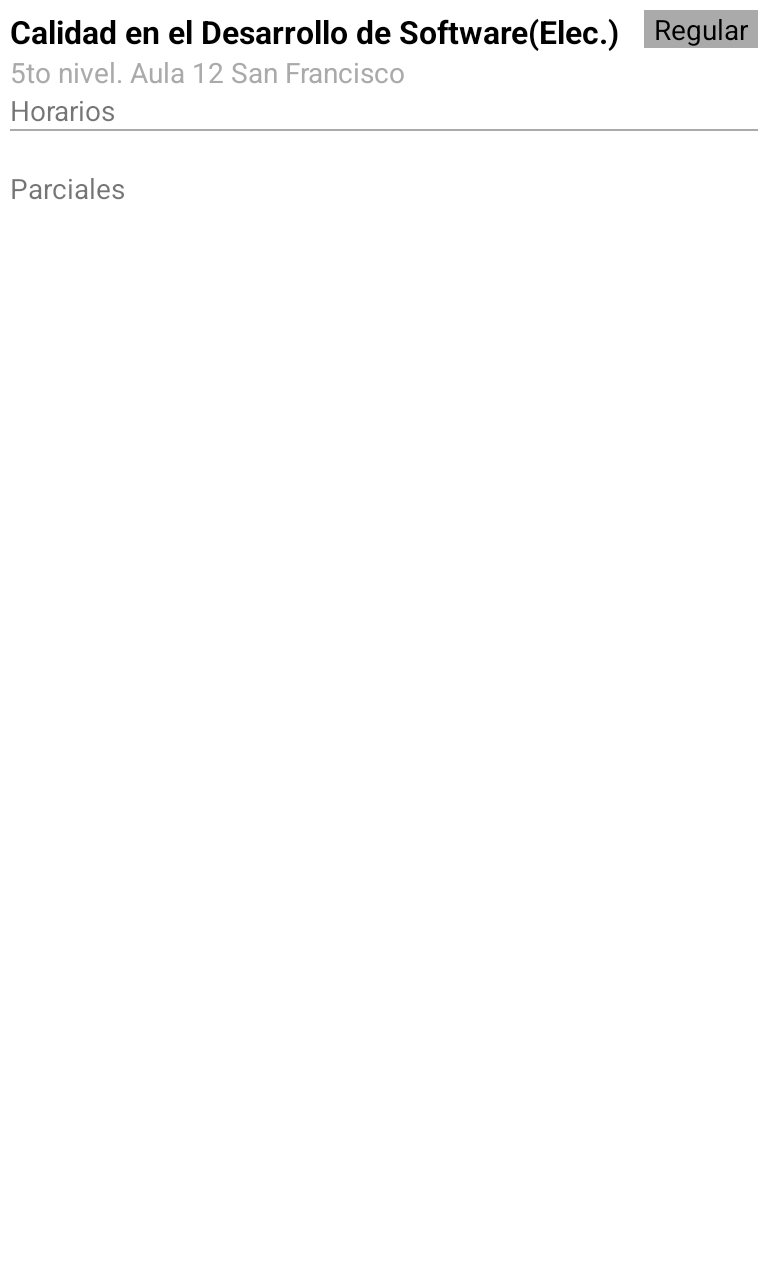
Repository: juanpablobono/Sysacadalumnos
Layout: Sysacad/res/layout/lst_cursado_item.xml
The author's editor kept a copy of each file at every save. The layout is drawn from the files as they stood at one save, then again after the next save.
It is drawn on a 768 x 1280 px phone screen (xhdpi) without system bars, with theme temaSysacad; the app's code is not run.

Above is the layout before, as saved 2014-07-07 13:45:47.

### Sysacad/res/layout/lst_cursado_item.xml
<?xml version="1.0" encoding="utf-8"?>
<RelativeLayout xmlns:android="http://schemas.android.com/apk/res/android"
    android:layout_width="match_parent"
    android:layout_height="match_parent"
    android:background="@android:color/background_light"
    android:padding="5dp">

    <TextView
        android:id="@+id/lblNombreMateria"
        android:layout_width="wrap_content"
        android:layout_height="wrap_content"
        android:layout_alignParentLeft="true"
        android:layout_alignParentTop="true"
        android:text="Calidad en el Desarrollo de Software(Elec.)"
        android:layout_toLeftOf="@+id/lblCondicion"
        android:layout_marginRight="5dp"
        android:textSize="16sp"
        android:textStyle="bold"
        android:textColor="@android:color/black"
        android:maxLines="1"/>

    <TextView
        android:id="@+id/lblCondicion"
        android:layout_width="wrap_content"
        android:layout_height="wrap_content"
        android:layout_alignParentRight="true"
        android:layout_alignParentTop="true"
        android:background="@android:color/darker_gray"
        android:text="Regular"
        android:textColor="@android:color/black"
        android:paddingLeft="5dp"
        android:paddingRight="5dp"/>

    <TextView
        android:id="@+id/lblNivel"
        android:layout_width="wrap_content"
        android:layout_height="wrap_content"
        android:layout_alignParentLeft="true"
        android:layout_below="@+id/lblNombreMateria"
        android:textColor="@android:color/darker_gray"
        android:text="5to nivel. " />

    <TextView
        android:id="@+id/lblForAula"
        android:layout_width="wrap_content"
        android:layout_height="wrap_content"
        android:layout_toRightOf="@+id/lblNivel"
        android:textColor="@android:color/darker_gray"
        android:layout_below="@+id/lblNombreMateria"
        android:text="Aula " />

    <TextView
        android:id="@+id/lblAula"
        android:layout_width="wrap_content"
        android:layout_height="wrap_content"
        android:layout_toRightOf="@+id/lblForAula"
        android:layout_below="@+id/lblNombreMateria"
        android:textColor="@android:color/darker_gray"
        android:text="12 San Francisco" />

    <TextView
        android:id="@+id/lblForHorarios"
        android:layout_width="wrap_content"
        android:layout_height="wrap_content"
        android:layout_alignParentLeft="true"
        android:layout_below="@+id/lblNivel"
        android:text="Horarios " />

    <View
        android:id="@+id/viewSeparadorHorarios"
        android:layout_width="match_parent"
        android:layout_height="1dp"
        android:background="@android:color/darker_gray"
        android:layout_below="@+id/lblForHorarios"
        android:padding="5dp"/>

    <TextView
        android:id="@+id/lblHorarios"
        android:layout_width="wrap_content"
        android:layout_height="wrap_content"
        android:layout_below="@+id/viewSeparadorHorarios"
        android:text="" />

    <TextView
        android:id="@+id/lblForParciales"
        android:layout_width="wrap_content"
        android:layout_height="wrap_content"
        android:layout_alignParentLeft="true"
        android:layout_below="@+id/lblHorarios"
        android:text="Parciales " />

    <TextView
        android:id="@+id/lblParciales"
        android:layout_width="wrap_content"
        android:layout_height="wrap_content"
        android:layout_below="@+id/lblForParciales"
        android:text="" />

</RelativeLayout>

### Sysacad/res/values/styles.xml
<resources xmlns:android="http://schemas.android.com/apk/res/android">

    <!--
        Base application theme, dependent on API level. This theme is replaced
        by AppBaseTheme from res/values-vXX/styles.xml on newer devices.

         <item name="android:background">@color/background_activities</item>
    -->

    <!-- the theme applied to the application or activity -->

    <style name="temaSysacad" parent="@style/Theme.AppCompat.Light.DarkActionBar">

    </style>

</resources>

After the next save:
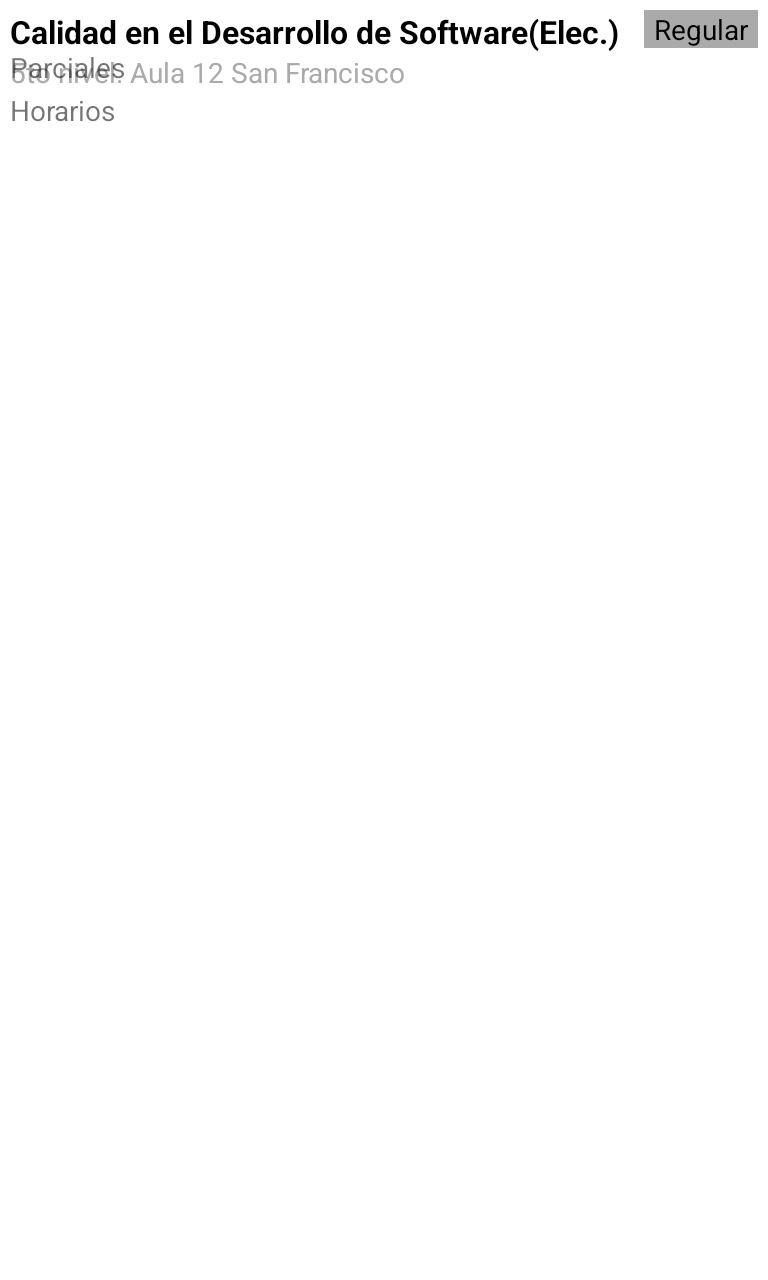
Saved 19 s later.
--- a/Sysacad/res/layout/lst_cursado_item.xml
+++ b/Sysacad/res/layout/lst_cursado_item.xml
@@ -66,14 +66,6 @@
         android:layout_below="@+id/lblNivel"
         android:text="Horarios " />
 
-    <View
-        android:id="@+id/viewSeparadorHorarios"
-        android:layout_width="match_parent"
-        android:layout_height="1dp"
-        android:background="@android:color/darker_gray"
-        android:layout_below="@+id/lblForHorarios"
-        android:padding="5dp"/>
-
     <TextView
         android:id="@+id/lblHorarios"
         android:layout_width="wrap_content"
